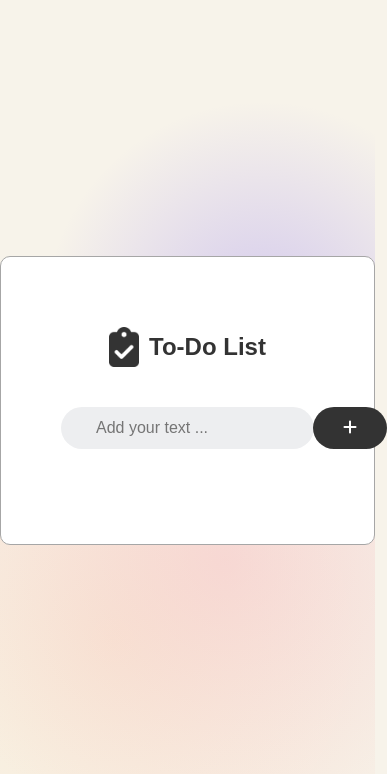
Repository: maltika/To-do_list
Page: index.html
An editor plug-in stored every save of this project. The page is shown before and after the next save, followed by the edit.
The browser window is 375 px wide. The page is 387 px wide, then 386 px, so the pictures cover 387 px, including what lies to the right of the window. The pictures show the whole page.

Above is the page before, as saved 2025-05-20 14:55:05.

### index.html
<!DOCTYPE html>
<html lang="en">
  <head>
    <meta charset="UTF-8" />
    <meta name="viewport" content="width=device-width, initial-scale=1.0" />
    <title>To-do List</title>
    <link rel="stylesheet" href="style.css" />
    <link
      rel="stylesheet"
      href="https://cdnjs.cloudflare.com/ajax/libs/font-awesome/6.5.0/css/all.min.css"
    />
  </head>
  <body>
    <div class="content">
      <div class="todo-app">
        <h2>
          <img src="img/Clipboard.png" />
          To-Do List
        </h2>
        <div class="row">
          <input type="text" id="input-box" placeholder="Add your text ..." />
          <button onclick="addTask()"><i class="fa-solid fa-plus"></i></button>
        </div>
        <ul id="list-container">
            <!-- <li class="checked"> Task 1 </li>
            <li> Task 2 </li>
            <li> Task 3 </li> -->
        </ul>
      </div>
    </div>
    <script src="script.js"></script>
  </body>
</html>

### style.css
body {
    margin: 0;
    padding: 0;
    min-height: 100vh;
    background-color: #f7f3ea;
    /* พื้นหลังหลัก */

    background-image:
        radial-gradient(circle at 70% 40%, rgba(128, 104, 243, 0.3), transparent 40%),
        radial-gradient(circle at 60% 70%, rgba(244, 148, 177, 0.25), transparent 50%),
        radial-gradient(circle at 30% 80%, rgba(255, 204, 140, 0.2), transparent 50%);

    background-repeat: no-repeat;
    background-size: cover;
    font-family: sans-serif;
}

.content {
    display: flex;
    justify-content: center;
    align-items: center;
    height: 100vh;
    /* text-align: center; */
    color: #333;
}

* {
    margin: 0;
    padding: 0;
    font-family: 'Poppins', sans-serif;
    box-sizing: border-box;
}

.todo-app {
    width: 100%;
    max-width: 460px;
    background-color: #fff;
    margin: 100px auto px;
    padding: 40px 30px 70px;
    border-radius: 10px;
    border-color: #A6A6A6;
}

.todo-app h2 {
    color: #333;
    display: flex;
    align-items: center;
    margin-top: 30px;
    margin-bottom: 40px;
    justify-content: center;
}

.todo-app h2 img {
    width: 30px;
    margin-right: 10px;
}

.row {
    display: flex;
    align-items: center;
    justify-content: space-between;
    background: #edeef0;
    border-radius: 30px;
    padding-left: 25px;
    margin-bottom: 25px;
    margin-left: 30px;
    margin-right: 30px;
}

input {
    flex: 1;
    border: none;
    outline: none;
    background: transparent;
    padding: 10px;
    font-size: 16px;
}

button {
    border: none;
    outline: none;
    background: #333;
    color: #fff;
    padding: 12px 30px;
    font-size: 16px;
    cursor: pointer;
    border-radius: 40px;
}

ul li {
    list-style: none;
    font-size: 17px;
    padding: 12px 8px 12px 55px;
    margin-left: 30px;
    margin-right: 30px;
    user-select: none;
    cursor: pointer;
    position: relative;
}

ul li::before {
    content: '';
    position: absolute;
    height: 22px;
    width: 22px;
    border-radius: 50%;
    background-image: url(img/unchecked.png);
    background-size: cover;
    background-position: center;
    top: 11px;
    left: 10px;
}

ul li::after {
    content: '';
    position: absolute;
    left: 8px;
    bottom: -2px;
    width: 100%;
    width: 330px;
    height: 1px;

    /* ความหนาของเส้น */
    background-color: #A6A6A6;
    /* สีของเส้น */
    margin-top: 110px;
}

ul li.checked {
    color: #A6A6A6;
    font-style: italic;
    text-decoration: line-through;
}

ul li.checked::before {
    background-image: url(img/checked.png);

}

ul li span {
    position: absolute;
    right: 0;
    top: 5px;
    width: 40px;
    height: 40px;
    font-size: 22px;
    color: #A6A6A6;
    line-height: 40px;
    text-align: center;
    border-radius: 50px;
}

ul li span:hover{
    background-color: #dcdbdb;
}

.todo-app {
    width: 100%;
    max-width: 460px;
    background-color: #fff;
    margin: 100px auto; /* แก้ margin ให้เป็นกลางอัตโนมัติ */
    padding: 40px 30px 70px; /* มี padding ด้านซ้าย-ขวา 30px */
    border-radius: 10px;
    border: 1px solid #A6A6A6; /* เพิ่ม border แบบเต็ม */
    box-sizing: border-box; /* ให้ padding นับอยู่ในขนาดกล่อง */
}
@media (max-width: 500px) {
  .todo-app {
    margin: 50px 20px; /* เว้นระยะซ้าย-ขวา 20px */
    max-width: none;   /* ให้เต็มพื้นที่ภายใน margin */
  }
}

### script.js
const inputBox = document.getElementById("input-box")
const listContainer = document.getElementById("list-container")

function addTask() {
    if (inputBox.value === '') {
        alert("You must write something!");
    }
    else {
        let li = document.createElement("li");
        li.innerHTML = inputBox.value;
        listContainer.appendChild(li);
        let span = document.createElement("span");
        span.innerHTML = "\u00d7";
        li.appendChild(span)
    }
    inputBox.value = "";
    saveData();
}

listContainer.addEventListener("click", function (e) {
    if(e.target.tagName === "LI") {
        e.target.classList.toggle("checked");
        saveData();
    }
    else if(e.target.tagName === "SPAN") {
        e.target.parentElement.remove();
        saveData();
    }
}, false);

function saveData(){
    localStorage.setItem("data" , listContainer.innerHTML);
}

function showTask(){
    listContainer.innerHTML = localStorage.getItem("data");
}
showTask();

After the next save:
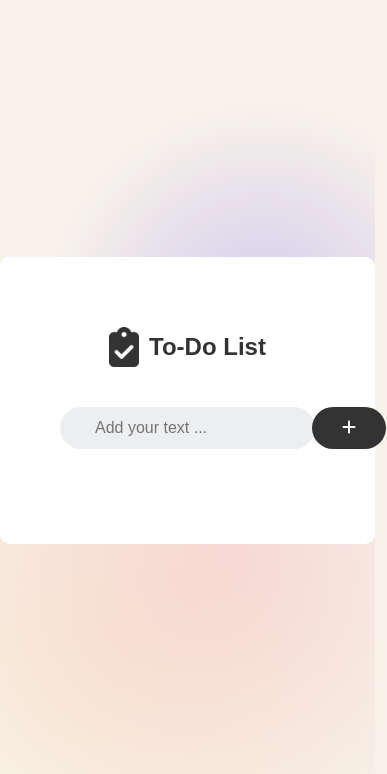
Saved 26 s later.
--- a/style.css
+++ b/style.css
@@ -153,20 +153,3 @@ ul li span {
 ul li span:hover{
     background-color: #dcdbdb;
 }
-
-.todo-app {
-    width: 100%;
-    max-width: 460px;
-    background-color: #fff;
-    margin: 100px auto; /* แก้ margin ให้เป็นกลางอัตโนมัติ */
-    padding: 40px 30px 70px; /* มี padding ด้านซ้าย-ขวา 30px */
-    border-radius: 10px;
-    border: 1px solid #A6A6A6; /* เพิ่ม border แบบเต็ม */
-    box-sizing: border-box; /* ให้ padding นับอยู่ในขนาดกล่อง */
-}
-@media (max-width: 500px) {
-  .todo-app {
-    margin: 50px 20px; /* เว้นระยะซ้าย-ขวา 20px */
-    max-width: none;   /* ให้เต็มพื้นที่ภายใน margin */
-  }
-}
